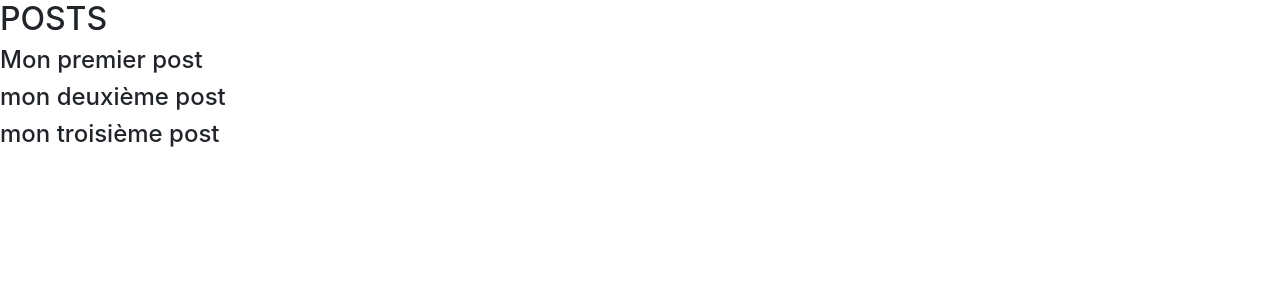
Repository: BillThePony/Ng-Blog-OC
Page: /
These files come from the project's save history. The page is drawn as it stood at one moment and after a run of saves; the edit follows.
The browser window is 1280 px wide. The pictures show the whole page.
The project was rebuilt for these pictures with package versions that can differ from the ones it lists, and the page was loaded fresh each time. Also part of the build but not shown: angular.json, src/app/post-list-item/post-list-item.component.ts.

Above is the page before, as saved 2018-10-08 15:17:26.

### src/index.html
<!doctype html>
<html lang="en">
<head>
  <meta charset="utf-8">
  <title>MonBlog</title>
  <base href="/">

  <meta name="viewport" content="width=device-width, initial-scale=1">
  <link rel="icon" type="image/x-icon" href="favicon.ico">
</head>
<body>
  <app-root></app-root>
</body>
</html>

### src/app/app.component.ts
import { Component } from '@angular/core';

@Component({
  selector: 'app-root',
  templateUrl: './app.component.html',
  styleUrls: ['./app.component.css']
})
export class AppComponent {
  title = 'mon-blog';
}

### src/app/post-list/post-list.component.ts
import { Component, OnInit } from "@angular/core";

@Component({
  selector: "app-post-list",
  templateUrl: "./post-list.component.html",
  styleUrls: ["./post-list.component.css"]
})
export class PostListComponent implements OnInit {
  post1 = "Mon premier post";
  post2 = "mon deuxième post";
  post3 = "mon troisième post";

  constructor() {}

  ngOnInit() {}
}

### src/app/app.component.html
<div>
  <ul class="list-group">
    <h2>POSTS</h2>
    <app-post-list></app-post-list>
  </ul>
</div>

### src/app/post-list/post-list.component.html
<li class="list-grou-item">
  <div>
    <h4>{{post1}}</h4>

    <h4>{{post2}}</h4>

    <h4>{{post3}}</h4>
  </div>
</li>

Loaded but not shown: src/styles.css (common file); src/main.ts (common file); src/app/app.module.ts (common file); src/environments/environment.ts (common file); src/app/app.component.css (no stored copy; drawn as an empty file); src/app/post-list/post-list.component.css (no stored copy; drawn as an empty file)

After the next 5 saves:
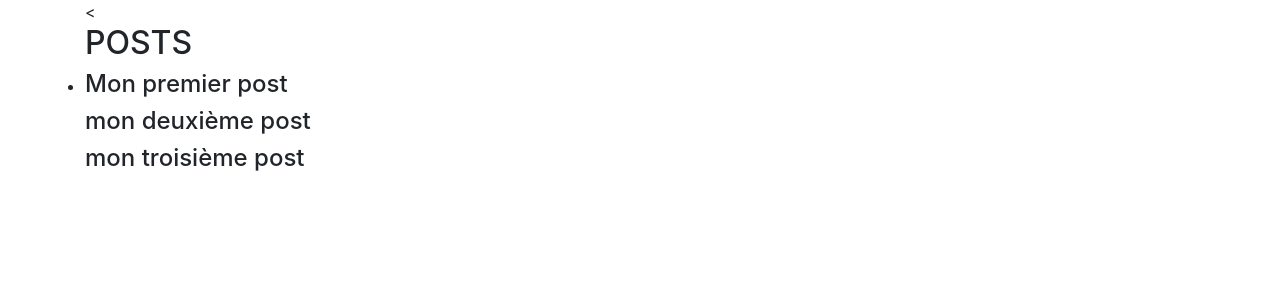
The 5 saves are shown as one change because they came seconds apart.
The last was saved 15 s later.
--- a/src/app/app.component.html
+++ b/src/app/app.component.html
@@ -1,4 +1,5 @@
-<div>
+<div class="container">
+  <
   <ul class="list-group">
     <h2>POSTS</h2>
     <app-post-list></app-post-list>
